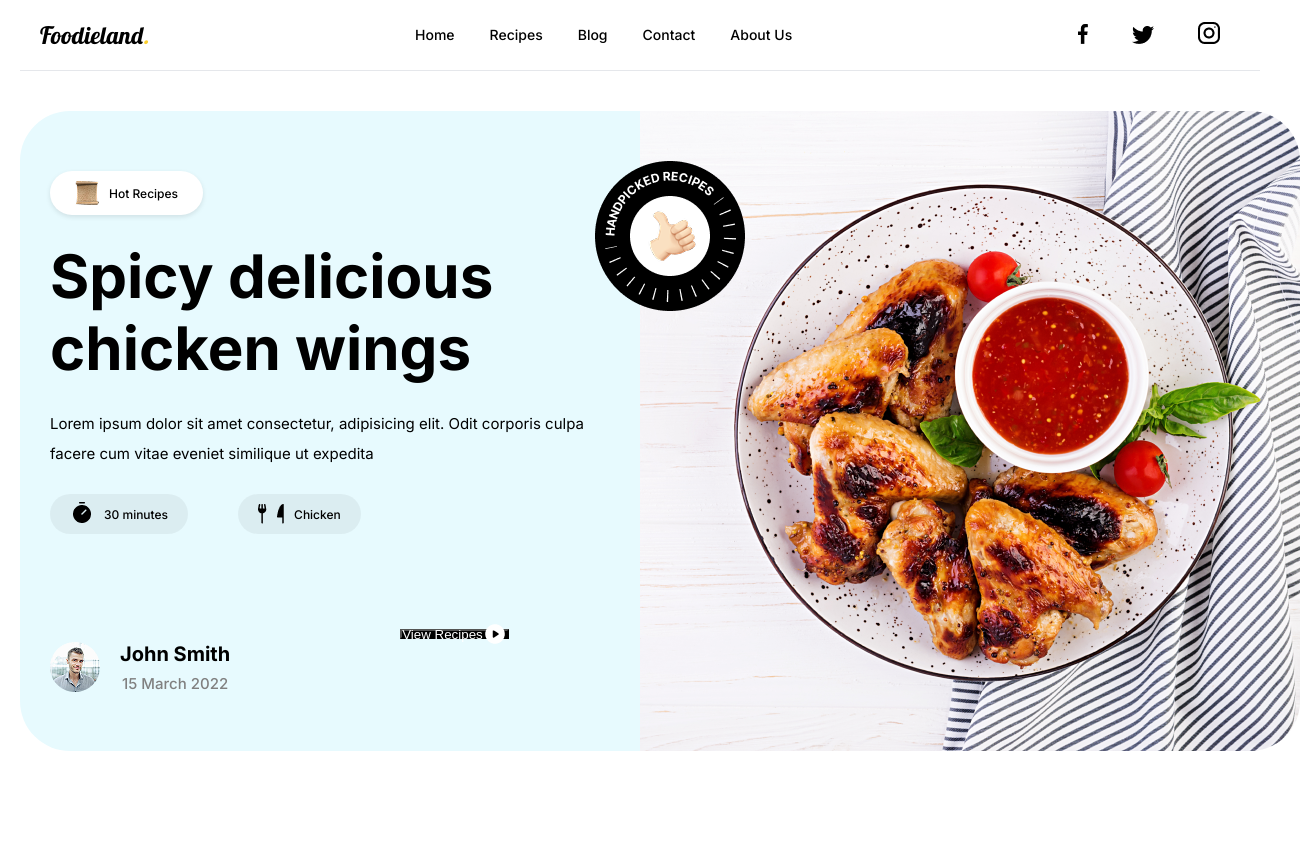
Repository: SolomonChinonso/Advanced-html-and-css-project
Page: index.html
An editor plug-in stored every save of this project. The page is shown before and after the next save, followed by the edit.
The browser window is 1280 px wide. The page is 1300 px wide, so the pictures cover 1300 px, including what lies to the right of the window. The pictures show the whole page.

Above is the page before, as saved 2026-04-16 13:42:35.

### index.html
<!DOCTYPE html>
<html lang="en">
<head>
    <meta charset="UTF-8">
    <meta name="viewport" content="width=device-width, initial-scale=1.0">
    <title>Document</title>
    <link rel="stylesheet" href="style.css">
    <link href="https://fonts.googleapis.com/css2?family=Lobster&display=swap" rel="stylesheet">
    <link href="https://fonts.googleapis.com/css2?family=Inter:wght@400;500;600;700&display=swap" rel="stylesheet">
</head>
<body>
    <header>
        <strong class="logo">Foodieland<em class="dot">.</em></strong>
        <nav>

            <ul>
                <li><a href="#">Home</a></li>
                <li><a href="#">Recipes</a></li>
                <li><a href="#">Blog</a></li>
                <li><a href="#">Contact</a></li>
                <li><a href="#">About Us</a></li>
            </ul>

        </nav>
        <section class="social-handles">
                <a href="#"><img src="./social-icons/001-facebook.png" alt="facebook"></a>
                <a href="#"><img src="./social-icons/003-twitter.png" alt=""></a>
                <a href="#"><img src="./social-icons/004-instagram.png" alt=""></a>
        </section>
    </header>

    <section class="banner">
        <div class="badge">
            <img src="./images/Badge.png" alt="">
        </div>
        <div class="banner-section">

            <div class="details">
                <span class="hot-recipe"><img src="./social-icons/image 14 (1).png" alt="">Hot Recipes</span>

                <h1>Spicy delicious chicken wings
                </h1>

                <p> Lorem ipsum dolor sit amet consectetur, adipisicing elit. Odit corporis culpa facere cum vitae eveniet similique ut expedita
                </p>

                <div class="timer-utensils">
                    <span><img src="./social-icons/Timer.png" alt="timer">30 minutes</span>

                    <span><img src="./social-icons/Vector (1).png" alt=""><img src="./social-icons/Vector.png" alt=""> Chicken
                    </span>
                </div>

                <div class="author-profile">

                    <span>
                        <img src="./social-icons/Ellipse 2 (1).png" alt="">
                    </span>
                    <span class="author-details">
                            <strong>John Smith</strong><p>15 March 2022</p>
                    </span>
                     <button type="button">View Recipes <img src="./social-icons/PlayCircle.png" alt="">
                </button>
                </div>



           </div>
            <div class="banner-img">
                <img src="./images/Mask Group.png" alt="">
            </div>
        </div>
    </section>
</body>
</html>

### style.css
*{
    margin: 0;
    padding: 0;
    box-sizing: border-box;
}
body{
    max-width: 100vw;
    margin: 0 20px;
    padding: 0;

}
header{
    display: flex;
    flex-direction: row;
    justify-content: space-between;
    align-items: center;
    text-align: center;
    margin: 0px;
    padding: 20px;
    flex-wrap: wrap;
    border-bottom: 1px solid #e5e7eb;
}
nav{
    display: flex;
    justify-content: space-between;
    flex-wrap: wrap;
}
nav ul{
    display: flex;
    list-style: none;
    justify-content: space-between;
    text-align: center;
    flex-wrap: wrap;
    gap: 35px;
}
li a{
    text-decoration: none;
    color: black;
    font-family: inter;
    font-weight: 500;
    font-size: 14px;
    letter-spacing: -3%;
}

.social-handles a{
    padding: 20px;
    flex-wrap: wrap;
}
.logo{
    font-family: lobster;
    font-weight: 400;
    font-size: 24px;
}
.dot{
    color:rgb(251, 207, 47)
}
.banner{
    display: flex;
    flex-direction: column;
    justify-content: center;
    align-items: center;
    flex-wrap: wrap;
    position: relative;
    margin-top: 0;
    padding: 0;
    top: -110px;
    font-family: inter;

}
.badge{
    width: 150px;
    display: flex;
    position: relative;
    top: 200px;
    right: -30px;

}
.banner-section{
    display: flex;
    align-items: center;
    justify-content: center;
    flex: 0 auto;
    height: 640px;
    width: 100%;
    border-radius: 15px;
    flex-wrap: wrap;

}
.details{
    display: flex;
    flex-direction: column;
    justify-content: start;
    align-items: flex-start;
    background-color: #E7FAFE;
    min-width: 50%;
    height: 100%;
    padding: 30px;
    border-radius: 50px 0 0 50px;
    flex: 1;
    width: 640px;
}
.banner-img{
    display: flex;
    min-width: 50%;
    height: 100%;
    flex: 1;
    /* object-fit: fill; */
    width: 660px;
}
span{
    display: flex;
    justify-content: center;
    align-items: center;
    font-family: inter;
    font-size: 12px;
    font-weight: 500;
    gap: 10px;
}
.hot-recipe{
    background-color: white;
    padding: 10px 25px;
    border-radius: 30px;
    box-shadow: 0 2px 5px rgba(0,0,0,0.1);
    margin-top: 30px;
}
h1{
    font-size: 60px;
    margin: 25px 0;
}
p{
    font-size: 15px;
    line-height: 30px;
    margin-bottom: 25px;
}
.timer-utensils{
    display: flex;
    gap: 50px;
}
.timer-utensils span{
    background-color: rgba(0,0,0,0.05);
    padding: 8px 20px;
    border-radius: 20px;
}
.author-profile{
    display: flex;
    text-align: center;
    justify-content: center;
    gap: 20px;
    position: relative;
    bottom: -95px;
}
.author-details{
    display: flex;
    flex-direction: column;
    position: relative;
    top: 20px;
    line-height: 10px;

}
.author-details strong{
    font-size: 20px;
}
.author-details p{
    color: gray;
}
button{
    display: flex;
    justify-content: center;
    align-items: center;
    margin-left: 150px;
    font-weight: 500;
    color: white;
    background-color: black;
    padding: 0 0;
    height: 10px;
}

After the next save:
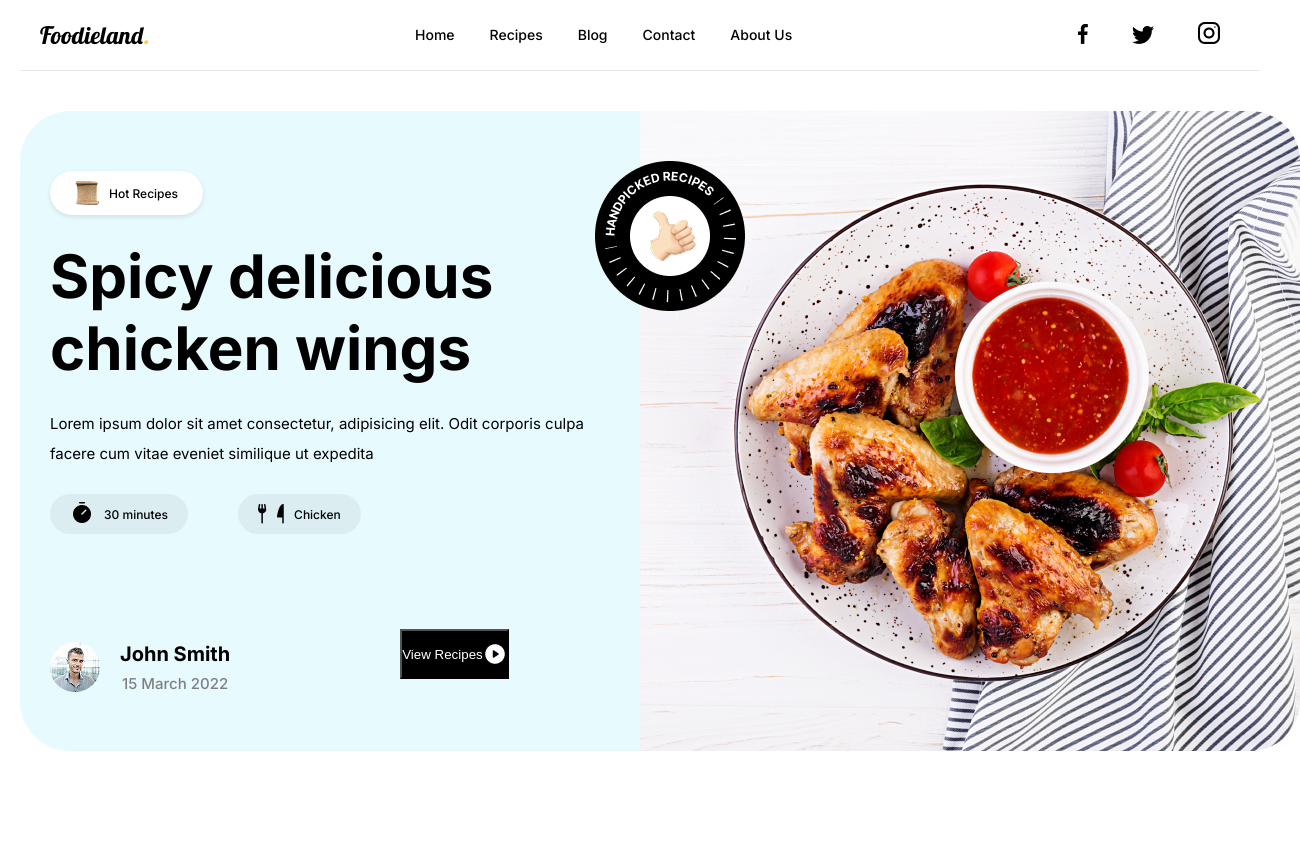
Saved 6 s later.
--- a/style.css
+++ b/style.css
@@ -172,5 +172,5 @@ button{
     color: white;
     background-color: black;
     padding: 0 0;
-    height: 10px;
+    height: 50px;
 }
